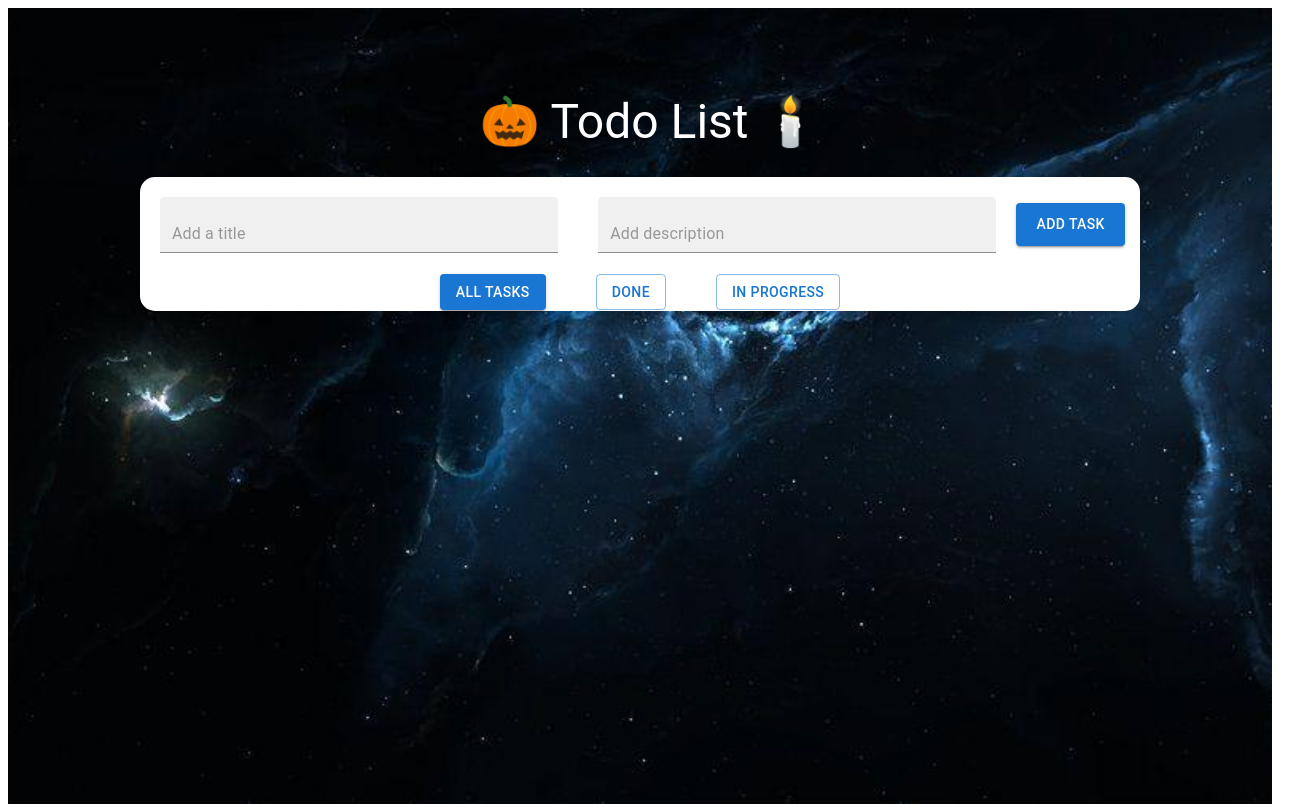
Repository: Tracy-maker/TodoList
Page: /
An editor plug-in stored every save of this project. The page is shown before and after the next save, followed by the edit.
The browser window is 1280 px wide. The page is 1292 px wide, so the pictures cover 1292 px, including what lies to the right of the window. The pictures show the whole page.
The project was rebuilt for these pictures with package versions that can differ from the ones it lists, and the page was loaded fresh each time. Also part of the build but not shown: src/components/TaskEdit.js, src/components/TaskShow.js.

Above is the page before, as saved 2023-09-20 20:54:38.

After the next save:
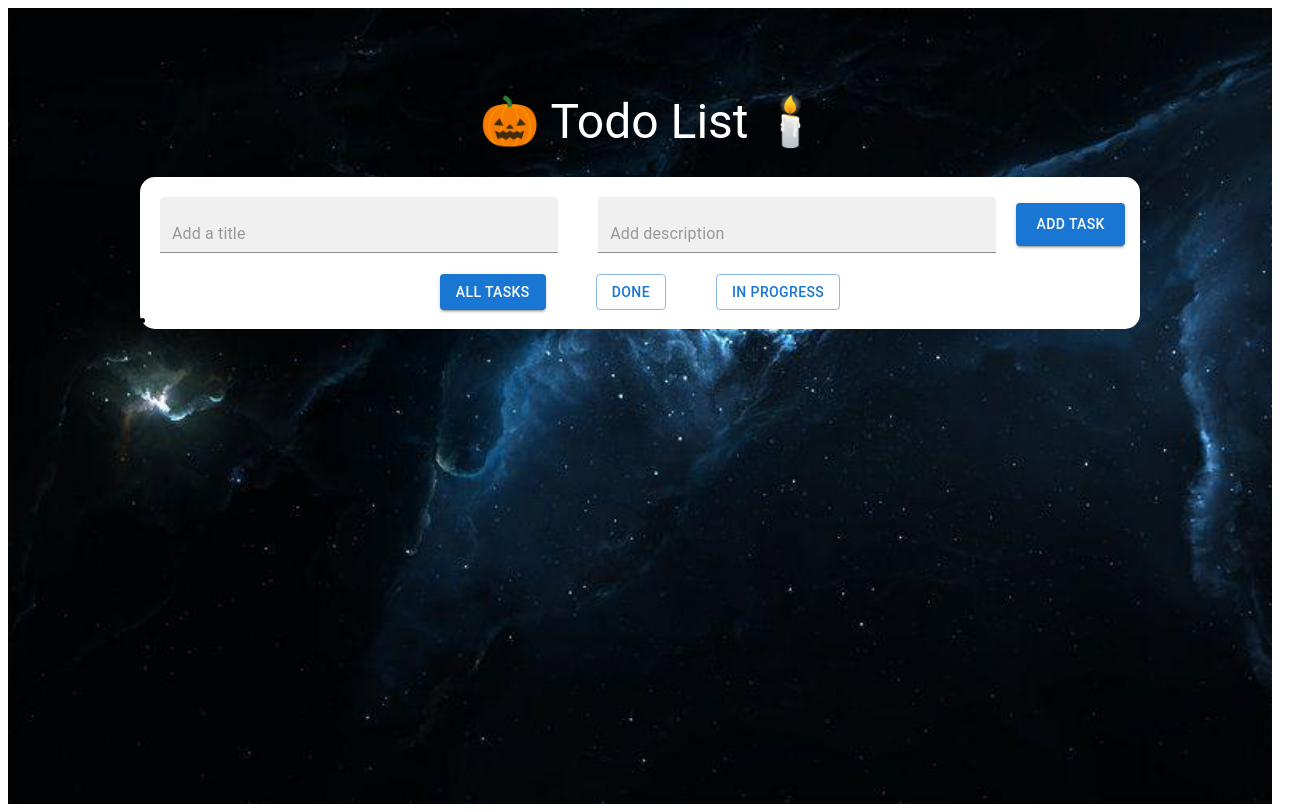
Saved 8 min 26 s later.
--- a/src/components/TaskList.js
+++ b/src/components/TaskList.js
@@ -2,6 +2,7 @@
 import TaskShow from "./TaskShow";
 
 function TaskList(props) {
+
   const renderedTasksList = props.tasks.map((task) => {
     return (
       <TaskShow
@@ -11,9 +12,10 @@
         onEdit={props.onEdit}
         toggleCheckedBoxById={props.toggleCheckedBoxById}
       />
+
     );
   });
-  return <>{renderedTasksList}</>;
+  return<li>{renderedTasksList}</li>;
 }
 
 export default TaskList;

After the save that followed:
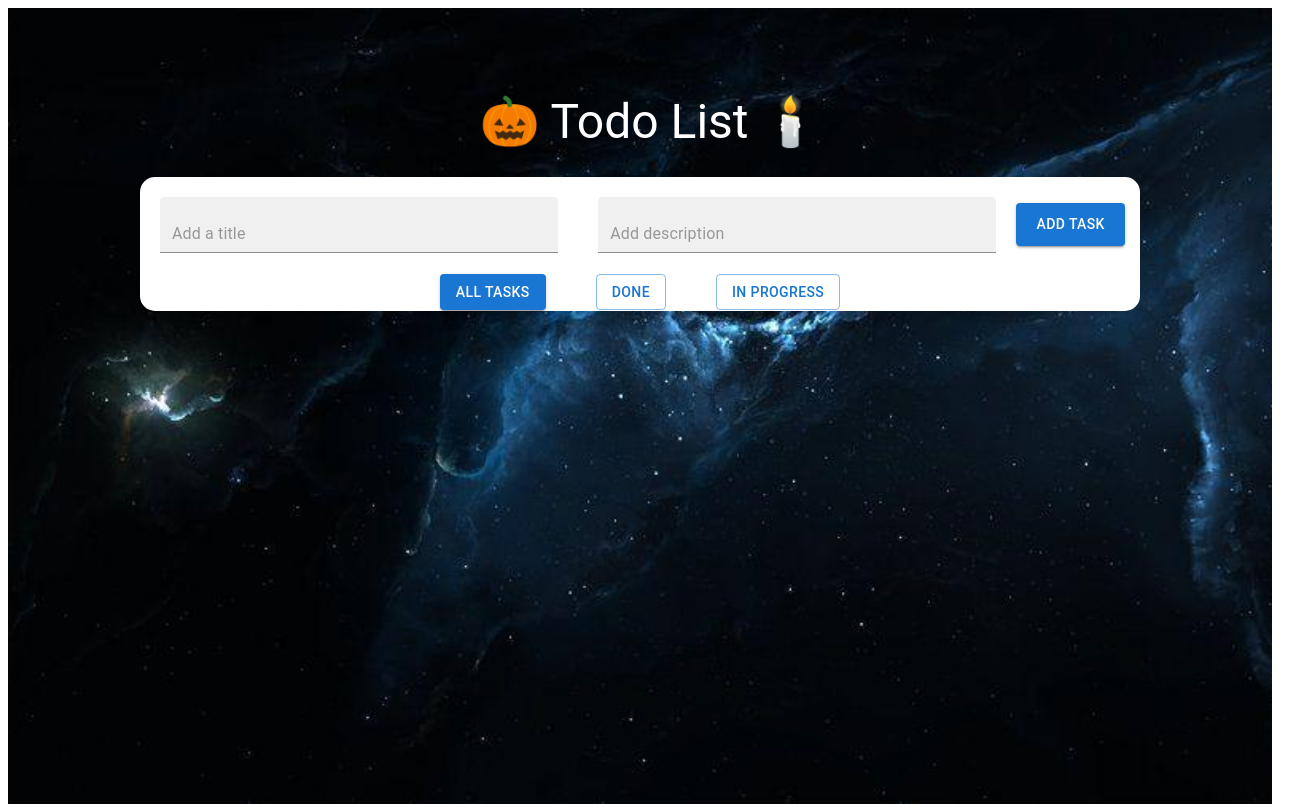
Saved 5 s later.
--- a/src/components/TaskList.js
+++ b/src/components/TaskList.js
@@ -15,7 +15,7 @@
 
     );
   });
-  return<li>{renderedTasksList}</li>;
+  return<div>{renderedTasksList}</div>;
 }
 
 export default TaskList;
